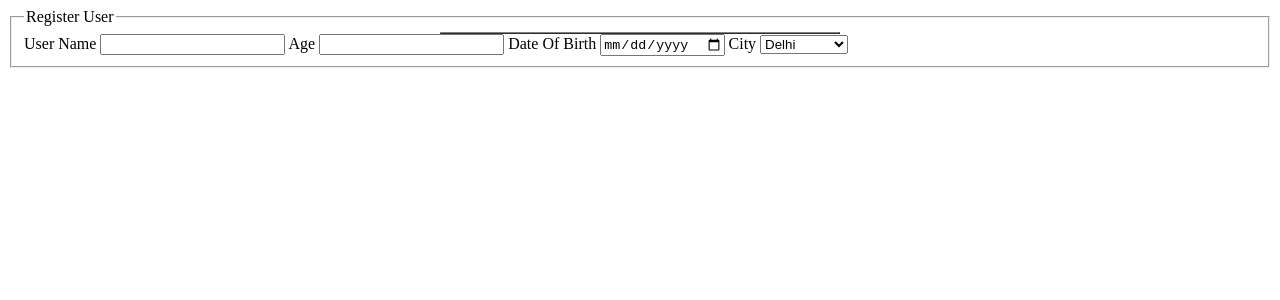
Repository: rcpanda15594/JavaScript_Project
Page: HTMLJAVASCRIPT/WebContent/NewFile.html
The author's editor kept a copy of each file at every save. The page is drawn from the files as they stood at one save, then again after the next save.
The browser window is 1280 px wide. The pictures show the whole page.

Above is the page before, as saved 2018-03-21 04:42:38.

After the next save:
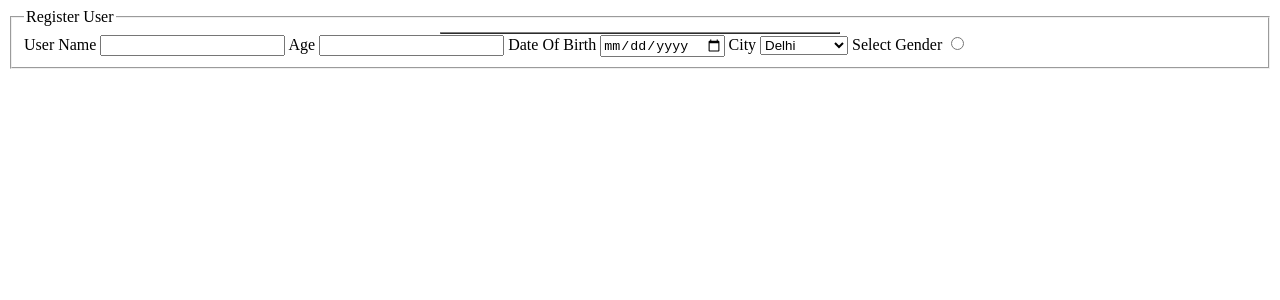
Saved 56 min 59 s later.
--- a/HTMLJAVASCRIPT/WebContent/NewFile.html
+++ b/HTMLJAVASCRIPT/WebContent/NewFile.html
@@ -56,6 +56,10 @@ if(male.checked){
 </select>
 </td>
 </tr>
+<tr>
+<td>Select Gender</td>
+<td><input type="radio" name="gender" value="male" id="opt male"></td>
+</tr>
 
 </fieldset>
 
